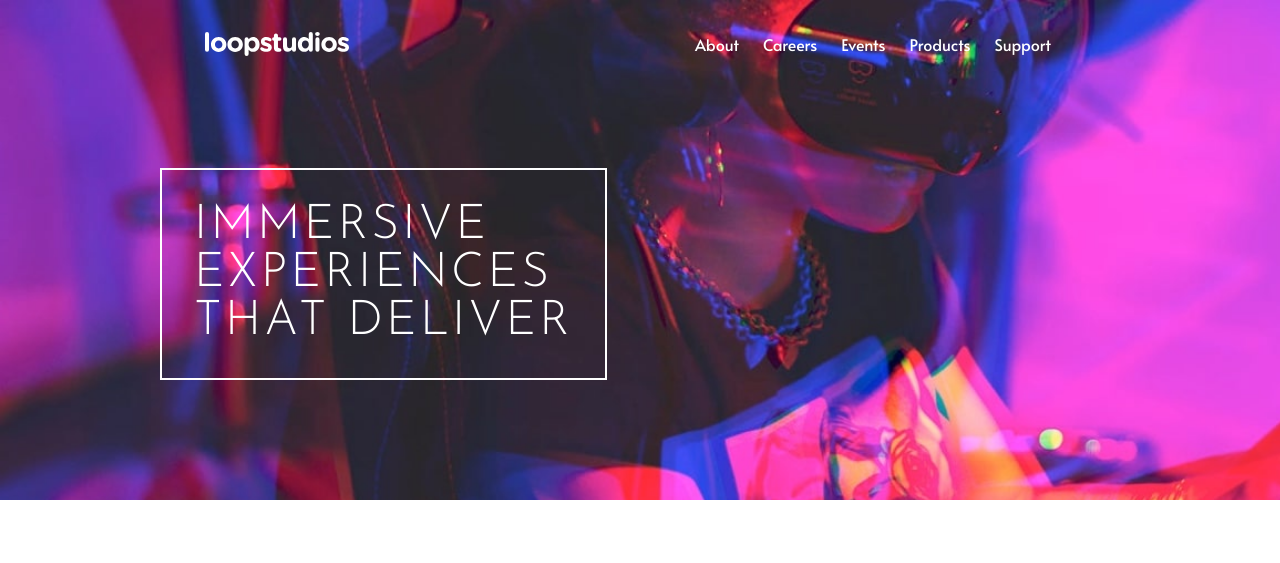
Repository: gligor99/loopstudios-fm
Page: /
These files come from the project's save history. The page is drawn as it stood at one moment and after the next save; the edit follows.
The browser window is 1280 px wide. The pictures show the whole page.
The project was rebuilt for these pictures with package versions that can differ from the ones it lists, and the page was loaded fresh each time. Also part of the build but not shown: src/components/About/about.css.

Above is the page before, as saved 2021-11-28 15:30:39.

### src/index.css
@import url('https://fonts.googleapis.com/css2?family=Alata&family=Josefin+Sans:wght@300&display=swap');

:root {
  --clr-white: hsl(0, 0%, 100%);
  --clr-black: hsl(0, 0%, 0%);
  --clr-dark-gray: hsl(0, 0%, 55%);
  --clr-very-dark-gray: hsl(0, 0%, 41%)
}

*,
::after,
::before {
  margin: 0;
  padding: 0;
  box-sizing: border-box;
}

body {
  font-family: "Alata", sans-serif;
  background: var(--clr-light-grayish-cyan);
  color: var(--clr-grey-1);
  font-size: 1rem;
}

### src/App.jsx
import Hero from "./components/Hero/Hero";


function App() {
  return (
    <div className="App">
      <Hero />
    </div>
  );
}

export default App;

### src/components/Hero/Hero.jsx
import React from "react";
import Navbar from "../Navbar/Navbar";
import "./hero.css";

const Hero = () => {
  return (
    <div className="container">
      <Navbar />
      <div className="container-content">
        <h1 className="title">
          Immersive <br /> experiences <br />
          that deliver
        </h1>
      </div>
    </div>
  );
};

export default Hero;

### src/components/Navbar/Navbar.jsx
import logo from "../../assets/logo.svg";
import "./navbar.css";

const Navbar = () => {
  return (
    <div className="wrapper">
      <img src={logo} alt="logo.svg" />
      <ul>
        <li>
          <a href="/about">About</a>
        </li>
        <li>
          <a href="/careers">Careers</a>
        </li>
        <li>
          <a href="/events">Events</a>
        </li>
        <li>
          <a href="/products">Products</a>
        </li>
        <li>
          <a href="/support">Support</a>
        </li>
      </ul>
    </div>
  );
};

export default Navbar;

### src/components/Hero/hero.css
.container {
    background: url('../../assets/desktop/image-hero.jpg');
    background-repeat: no-repeat;
    background-attachment: fixed;
    background-size: cover;
    height: 500px;
}
.container-content {
    display: flex;
    margin-top: 5rem;
    margin-left: 10rem;
}

.title {
    border: 2px solid var(--clr-white);
    padding: 2rem;
    text-transform: uppercase;
    font-family: 'Josefin Sans' , sans-serif;
    font-size: 3rem;
    font-weight: 100;
    letter-spacing: 0.2rem;
    color: white;
}

### src/components/Navbar/navbar.css
.wrapper {
  display: flex;
  flex-direction: row;
  justify-content: space-around;
  align-items: center;
  margin: auto;
  padding: 2rem;
  background-color: transparent;
}
img {
  height: 1.5rem;
}
ul {
  display: flex;
  flex-wrap: nowrap;
  justify-content: space-evenly;
}
li {
  list-style-type: none;
  padding-right: 1.5rem;
}
a {
  position: relative;
  display: inline-block;
  text-decoration: none;
  color: var(--clr-white);
}
a:after {
  content: "";
  position: absolute;
  left: 0;
  top: 100%;
  width: 0;
  height: 1.8px;
  background-color: var(--clr-white);
  transition: width 0.2s ease-in-out;
}
a:hover:after {
  width: 100%;
}

### src/components/About/About.jsx
import './about.css'
import image from '../../assets/desktop/image-interactive.jpg'

const About = () => {
  return <div className="about-container">
      <img src={image} alt="interactive.jpg" />
  </div>;
};

export default About;

Loaded but not shown: public/index.html (common file); src/index.jsx (common file)

After the next save:
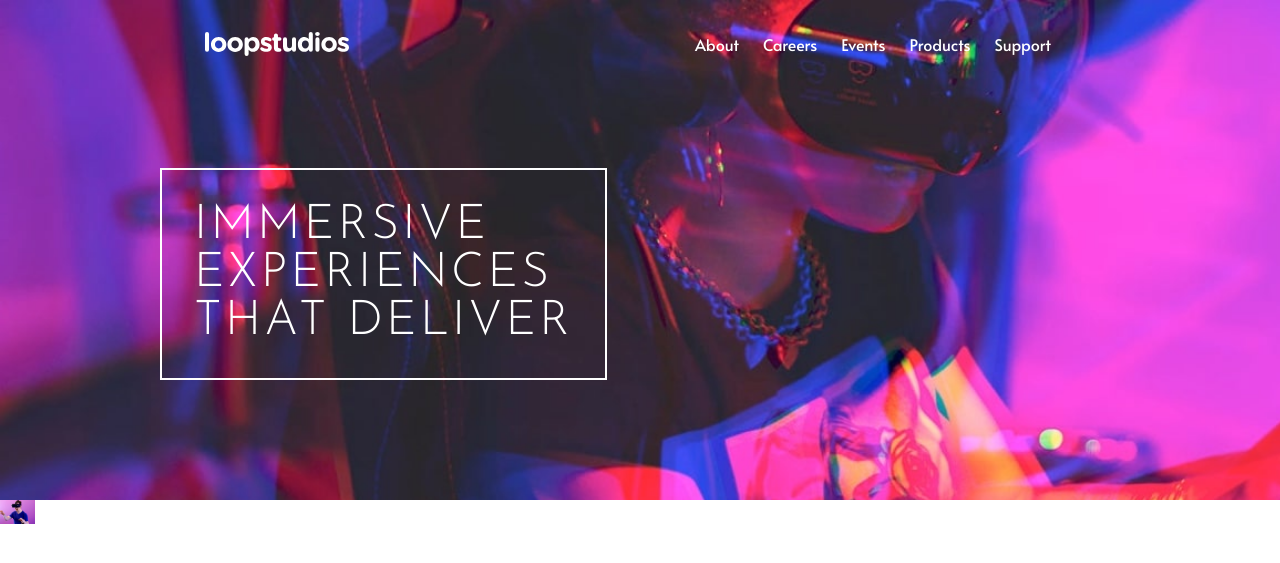
Saved 13 s later.
--- a/src/App.jsx
+++ b/src/App.jsx
@@ -1,3 +1,4 @@
+import About from "./components/About/About";
 import Hero from "./components/Hero/Hero";
 
 
@@ -5,6 +6,7 @@ function App() {
   return (
     <div className="App">
       <Hero />
+      <About />
     </div>
   );
 }
